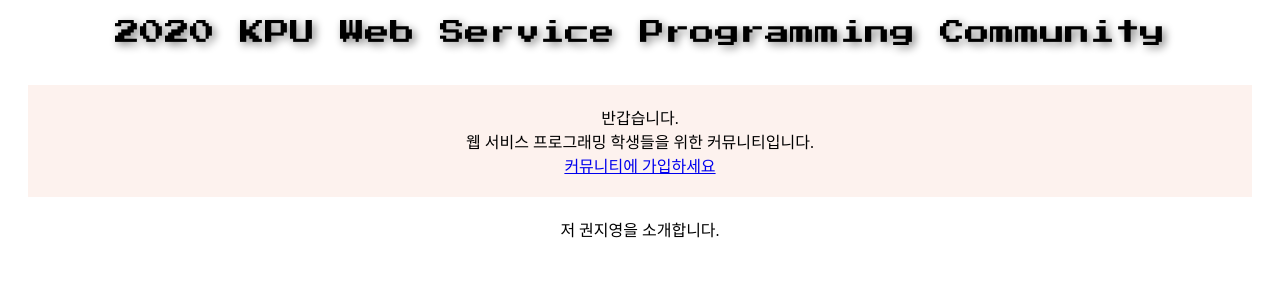
Repository: JiYoung-Kwon/WebProgramming
Page: workspace_20206R/kwonjiyoung_reg/WebContent/welcome.html
These files come from the project's save history. The page is drawn as it stood at one moment and after the next save; the edit follows.
The browser window is 1280 px wide. The pictures show the whole page.

Above is the page before, as saved 2020-09-28 20:11:29.

After the next save:
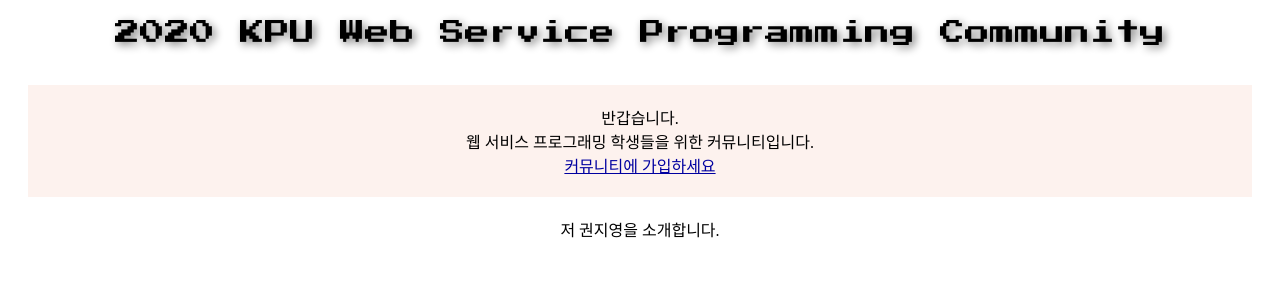
Saved 12 min 54 s later.
--- a/workspace_20206R/kwonjiyoung_reg/WebContent/resources/register.css
+++ b/workspace_20206R/kwonjiyoung_reg/WebContent/resources/register.css
@@ -32,3 +32,11 @@
 		margin:20px;
 		padding:20px;
 	}
+	a{
+		text-decoration: underline;
+		color: #0000a0;
+	}
+	table{
+		border-collapse: collapse;
+		width:100%;
+	}

After the 3 saves that followed:
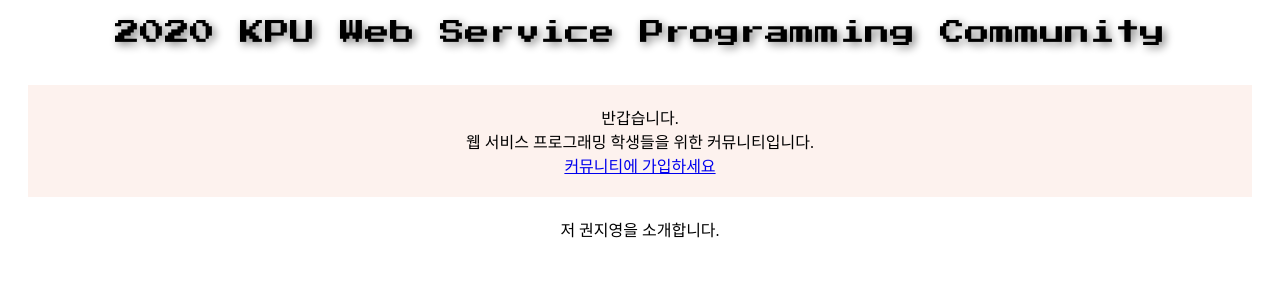
The 3 saves are shown as one change because 2 left the picture as it was.
The last was saved 57 s later.
--- a/workspace_20206R/kwonjiyoung_reg/WebContent/resources/register.css
+++ b/workspace_20206R/kwonjiyoung_reg/WebContent/resources/register.css
@@ -32,11 +32,3 @@
 		margin:20px;
 		padding:20px;
 	}
-	a{
-		text-decoration: underline;
-		color: #0000a0;
-	}
-	table{
-		border-collapse: collapse;
-		width:100%;
-	}
